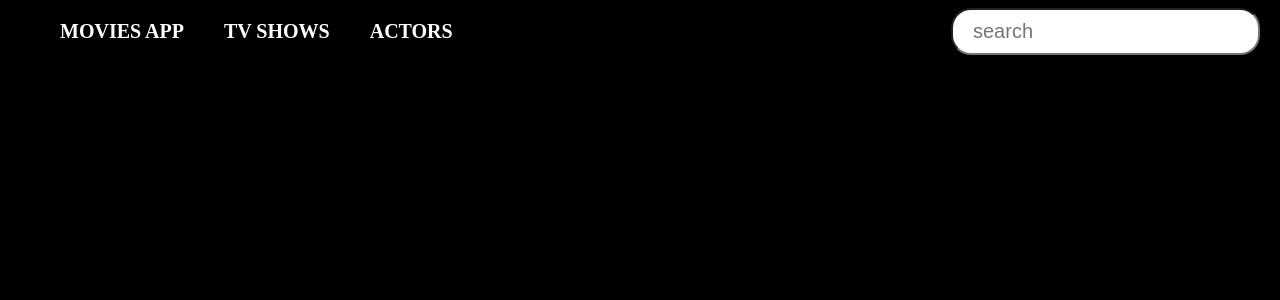
Repository: manahiang/MovieMana
Page: / (app in src/)
The author's editor kept a copy of each file at every save. The page is drawn from the files as they stood at one save, then again after a run of saves.
The browser window is 1280 px wide. The pictures show the whole page.
The project was rebuilt for these pictures with package versions that can differ from the ones it lists, and the page was loaded fresh each time. Also part of the build but not shown: src/src/App.css.

Above is the page before, as saved 2022-11-14 16:30:18.

### src/src/index.css
body {
  margin: 0;
  font-family: -apple-system, BlinkMacSystemFont, 'Segoe UI', 'Roboto', 'Oxygen',
    'Ubuntu', 'Cantarell', 'Fira Sans', 'Droid Sans', 'Helvetica Neue',
    sans-serif;
  -webkit-font-smoothing: antialiased;
  -moz-osx-font-smoothing: grayscale;
  color: white;
  background-color: black;
}
.header{
  width: 100%;
  height: auto;
  background-color: black;
}
.navbar{
  display: flex;
  justify-content: space-between;
  font-size: 20px;
  text-transform: uppercase;
  align-items: center;
  font-weight: 900;
  font-family: 'Times New Roman', Times, serif;
}
.menu ul li{
  display: inline;
  align-items: center;
  justify-content: center;
  padding: 20px;
  list-style: none;

}
.menu ul li a{
  text-decoration: none;
  color: white;
}
.search{
  align-items: center;
  justify-content: center;
  display: flex;
  padding-right: 20px;
}
.search input{
  font-size: 20px;
  border-radius: 20px;
  padding-left: 30px;
  padding:10px 20px;

}
.menu ul li:hover Link{
  color: yellow;
  cursor: pointer;
}

### src/src/App.js
//import logo from './logo.svg';
import './index.css'
import './App.css';
import Main from './Main';
 import { BrowserRouter, } from "react-router-dom"

function App() {
  return (
    <BrowserRouter>
    <Main/>
    </BrowserRouter>
  );
}
export default App;

### src/src/Main.js
import './index.css'

function Main(){
    return(
        <div className='container'>
            <div className='header'>
                <div className='navbar'>
                    <div className='menu'>
                        <ul>
                            <li><a href='#'>Movies App</a></li>
                            <li><a href='#'>TV shows</a></li>
                            <li><a href='#'>actors</a></li>

                        </ul>
                    </div>
                    <div className='search'>
                        <input type="text" placeholder="search"/>
                    </div>
                </div>

            </div>
        </div>
    )
}
export default Main;

Loaded but not shown: src/public/index.html (common file); src/src/index.js (common file); src/src/reportWebVitals.js (common file)

After the next 2 saves:
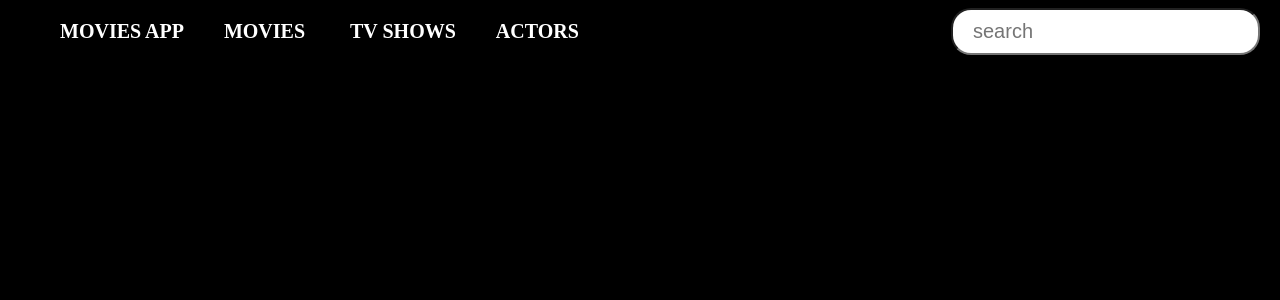
The 2 saves are shown as one change because they came seconds apart.
The last was saved 17 s later.
--- a/src/src/Main.js
+++ b/src/src/Main.js
@@ -8,6 +8,7 @@ function Main(){
                     <div className='menu'>
                         <ul>
                             <li><a href='#'>Movies App</a></li>
+                            <li><a href='#'>Movies </a></li>
                             <li><a href='#'>TV shows</a></li>
                             <li><a href='#'>actors</a></li>
 
